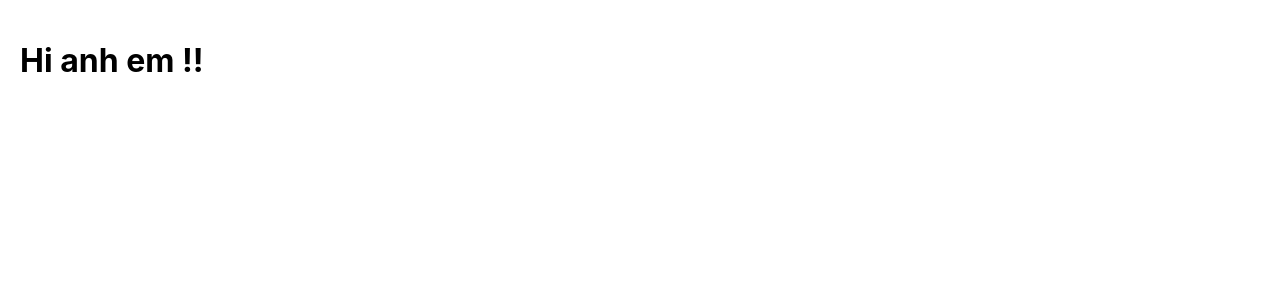
Repository: ducthanglinh/tiktok-clone
Page: /
The author's editor kept a copy of each file at every save. The page is drawn from the files as they stood at one save, then again after a run of saves.
The browser window is 1280 px wide. The pictures show the whole page.
The project was rebuilt for these pictures with package versions that can differ from the ones it lists, and the page was loaded fresh each time.

Above is the page before, as saved 2022-10-01 11:48:37.

### src/index.js
import React from "react";
import ReactDOM from "react-dom/client";
import "./index.css";
import App from "./App";
import reportWebVitals from "./reportWebVitals";

import { StoreProvider } from "./store";

const root = ReactDOM.createRoot(document.getElementById("root"));

root.render(
  // <React.StrictMode>
  <StoreProvider>
    <App />
  </StoreProvider>
  // </React.StrictMode>
);

// If you want to start measuring performance in your app, pass a function
// to log results (for example: reportWebVitals(console.log))
// or send to an analytics endpoint. Learn more: https://bit.ly/CRA-vitals
reportWebVitals();

### src/App.js
import { useContext } from "react";
import { StoreContext } from "./store";
function App() {
  const [state, dispatch] = useContext(StoreContext);
  console.log(state);
  return (
    <div style={{ padding: 20 }}>
      <h1>Hi anh em !!</h1>
    </div>
  );
}

export default App;

### src/store/index.js
export { default as StoreProvider } from "./Provider";
export { default as StoreContext } from "./Context";
export * from "./hooks";

### src/store/Provider.js
import { useReducer } from "react";
import Context from "./Context";
import reducer, { initState } from "./reducer";

function Provider({ children }) {
  const [state, dispatch] = useReducer(reducer, initState);
  return (
    <Context.Provider value={[state, dispatch]}>{children}</Context.Provider>
  );
}
export default Provider;

### src/store/hooks.js
import { useContext } from "react";
import Context from "./Context";

export const useStore = () => {
  const [state, dispatch] = useContext(Context);
  return [state, dispatch];
};

### src/store/reducer.js
const initState = {
  todos: [],
  todoInput: "",
};

function reducer(state, action) {
  switch (action.type) {
  }
}

export { initState };
export default reducer;

Loaded but not shown: public/index.html (common file); src/index.css (common file); src/reportWebVitals.js (common file); src/store/Context.js (common file)

After the next 4 saves:
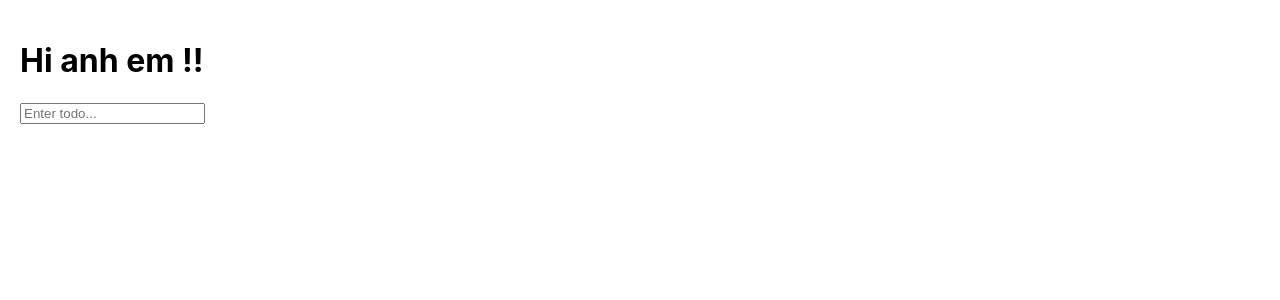
The 4 saves are shown as one change because 3 did not build or start.
The last was saved 2 min 28 s later.
--- a/src/App.js
+++ b/src/App.js
@@ -1,11 +1,15 @@
-import { useContext } from "react";
-import { StoreContext } from "./store";
+import { useStore } from "./store";
 function App() {
-  const [state, dispatch] = useContext(StoreContext);
-  console.log(state);
+  const [state, dispatch] = useStore();
+  const { todos, todoInput } = state;
   return (
     <div style={{ padding: 20 }}>
       <h1>Hi anh em !!</h1>
+      <input
+        value={todoInput}
+        placeholder="Enter todo..."
+        onChange={(e) => {}}
+      />
     </div>
   );
 }
